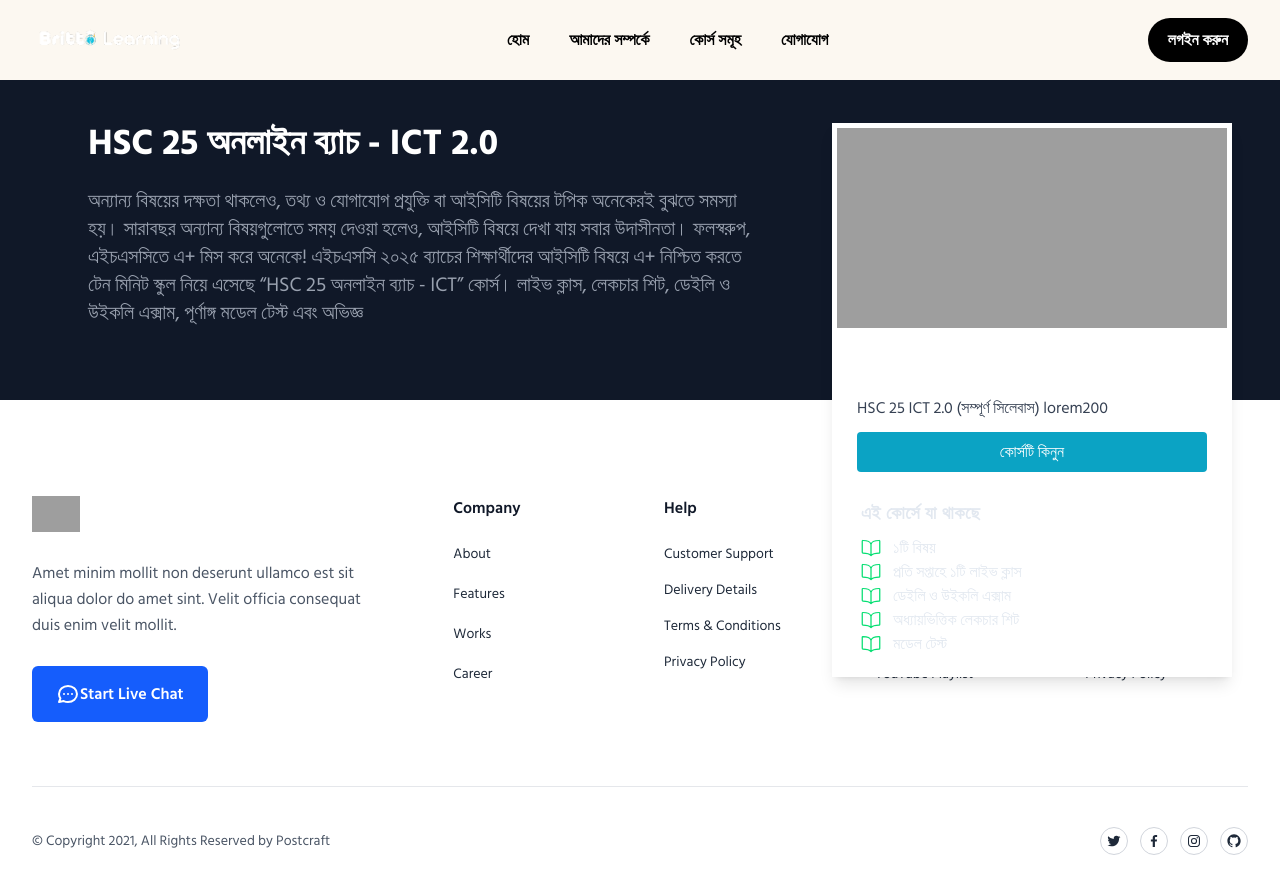
Repository: Ruddro420/course-selling
Page: /single-course
These files come from the project's save history. The page is drawn as it stood at one moment and after the next save; the edit follows.
The browser window is 1280 px wide. The pictures show the whole page.
Pictures or frames that could not be fetched are drawn as grey boxes. The project was rebuilt for these pictures with package versions that can differ from the ones it lists, and the page was loaded fresh each time. Also part of the build but not shown: vite.config.js, src/components/AboutSection.jsx, src/components/ContactSection.jsx, src/components/CourseSection.jsx, src/components/Hero.jsx, src/components/TeamSection.jsx, src/components/WhyUsSection.jsx, src/pages/Home.jsx and 2 more.

Above is the page before, as saved 2025-02-06 03:47:37.

### index.html
<!doctype html>
<html lang="en">

<head>
  <meta charset="UTF-8" />
  <link rel="icon" type="image/svg+xml" href="/img/fav-icon.jpg" />
  <meta name="viewport" content="width=device-width, initial-scale=1.0" />
  <link rel="preconnect" href="https://fonts.googleapis.com">
  <link rel="preconnect" href="https://fonts.gstatic.com" crossorigin>
  <link href="https://fonts.googleapis.com/css2?family=Hind+Siliguri:wght@300;400;500;600;700&display=swap"
    rel="stylesheet">
  <title>Britto Learning</title>
</head>

<body>
  <div id="root"></div>
  <script type="module" src="/src/main.jsx"></script>
</body>

</html>

### src/main.jsx
import { StrictMode } from 'react'
import { createRoot } from 'react-dom/client'
import './index.css'
import {
  createBrowserRouter,
  RouterProvider,
} from "react-router-dom";
import Home from './pages/Home.jsx';
import MainLayout from './MainLayout/MainLayout.jsx';
import LoginPage from './pages/LoginPage.jsx';
import AuthPage from './pages/AuthPage.jsx';
import CoursePage from './pages/CoursePage.jsx';

const router = createBrowserRouter([
  {
    path: "/",
    element: <MainLayout />,
    children: [
      {
        path: '/',
        element: <Home />
      },
      {
        path: '/single-course',
        element: <CoursePage />
      }
    ]
  },
  {
    path: '/login',
    element: <LoginPage />
  },
  {
    path: '/register',
    element: <AuthPage />
  }
]);

createRoot(document.getElementById('root')).render(
  <StrictMode>
    <RouterProvider router={router} />
  </StrictMode>,
)

### src/index.css
@import "tailwindcss";
/* Hind Siliguri Font */
@import url('https://fonts.googleapis.com/css2?family=Hind+Siliguri:wght@300;400;500;600;700&display=swap');

/* Basic Setup */
body {
  font-family: "Hind Siliguri", serif!important;
}
.course{
  padding-top: 4rem;
}

.main-card{
  border: 5px solid white;
  width: 400px;
}
.hero-cards{
  margin-top: 200px;
}
.card-vedio{
  height: 200px;
}


.sylebus{
  width: 616px;
}

@media(max-width:768px){

  .course-hero-section {

      height: 550px;
      margin-bottom: 400px;
  }
  .course{
      /* height: 550px; */

  }
  .course-hero{
      margin-top: 330px;
  }
  .hero-cards{
      margin-top: 0px;
      padding-top: 10px;
  }
  .hero-cards2{
      margin-top: 0px;
      padding-top: 0px;
  }
  .main-card{
      border: 5px solid white;
      width: 350px;
      margin: auto;
  }
  .sylebus{
      width: 360px;
  }

}

### src/MainLayout/MainLayout.jsx
import { Outlet } from "react-router-dom";
import Header from "../components/Header";
import MainFooter from "../components/MainFooter";

const MainLayout = () => {
    return (
        <div>
            <Header />
            <Outlet />
            <MainFooter />
        </div>
    );
};

export default MainLayout;

### src/pages/CoursePage.jsx

import CourseHero from '../components/courseComponent/CourseHero';

const CoursePage = () => {
  return (
    <>
      <CourseHero />
    </>
  );
};

export default CoursePage;

### src/components/Header.jsx
import { Link } from "react-router-dom";

const Header = () => {
    return (
        <div>
            <header className="bg-[#FCF8F1] bg-opacity-30">
                <div className="px-4 mx-auto sm:px-6 lg:px-8">
                    <div className="flex items-center justify-between h-16 lg:h-20">
                        <div className="flex-shrink-0">
                            <a href="#" title="" className="flex">
                                <img className="w-auto h-8" src="../../img/logo.png" alt="" />
                            </a>
                        </div>

                        <button type="button" className="inline-flex p-2 text-black transition-all duration-200 rounded-md lg:hidden focus:bg-gray-100 hover:bg-gray-100">
                            {/*    <!-- Menu open: "hidden", Menu closed: "block" --> */}
                            <svg className="block w-6 h-6" xmlns="http://www.w3.org/2000/svg" fill="none" viewBox="0 0 24 24" stroke="currentColor">
                                <path strokeLinecap="round" strokeLinejoin="round" strokeWidth="2" d="M4 8h16M4 16h16"></path>
                            </svg>

                            {/*  <!-- Menu open: "block", Menu closed: "hidden" --> */}
                            <svg className="hidden w-6 h-6" xmlns="http://www.w3.org/2000/svg" fill="none" viewBox="0 0 24 24" stroke="currentColor">
                                <path strokeLinecap="round" strokeLinejoin="round" strokeWidth="2" d="M6 18L18 6M6 6l12 12"></path>
                            </svg>
                        </button>

                        <div className="hidden lg:flex lg:items-center lg:justify-center lg:space-x-10">
                            <a href="#" title="" className="text-base text-black transition-all duration-200 hover:text-opacity-80 font-bold"> হোম </a>

                            <a href="#" title="" className="text-base text-black transition-all duration-200 hover:text-opacity-80 font-bold"> আমাদের সম্পর্কে </a>

                            <a href="#" title="" className="text-base text-black transition-all duration-200 hover:text-opacity-80 font-bold"> কোর্স সমূহ </a>

                            <a href="#" title="" className="text-base text-black transition-all duration-200 hover:text-opacity-80 font-bold"> যোগাযোগ </a>
                        </div>

                        <Link to='/login' href="#" title="" className="hidden lg:inline-flex items-center justify-center px-5 py-2.5 text-base transition-all duration-200 hover:bg-yellow-300 hover:text-black focus:text-black focus:bg-yellow-300 font-semibold text-white bg-black rounded-full" role="button"> লগইন করুন </Link>
                    </div>
                </div>
            </header>
        </div>
    );
};

export default Header;

### src/components/courseComponent/CourseHero.jsx
import { IoBookOutline } from "react-icons/io5";

const CourseHero = () => {
  return (
    <div>
    <div className="bg-gray-900 py-20 course-hero-section  h-80 flex items-center justify-between mx-auto p-4">
      <div className="container mx-auto mt-10 max-w-screen-xl md:px-12">
        <div className="flex flex-col course-hero md:flex-row md:gap-12">

          <div className="md:w-1/2 lg:w-2/3 pt-20 px-6 flex-grow hero-cards">
            <h1 className=" md:text-4xl text-xl text-white font-bold mb-6">
              HSC 25 অনলাইন ব্যাচ - ICT 2.0
            </h1>
            <p className="text-md md:text-xl lg:text-xl text-gray-400 mb-8">
              অন্যান্য বিষয়ের দক্ষতা থাকলেও, তথ্য ও যোগাযোগ প্রযুক্তি বা
              আইসিটি বিষয়ের টপিক অনেকেরই বুঝতে সমস্যা হয়। সারাবছর অন্যান্য
              বিষয়গুলোতে সময় দেওয়া হলেও, আইসিটি বিষয়ে দেখা যায় সবার উদাসীনতা।
              ফলস্বরুপ, এইচএসসিতে এ+ মিস করে অনেকে! এইচএসসি ২০২৫ ব্যাচের
              শিক্ষার্থীদের আইসিটি বিষয়ে এ+ নিশ্চিত করতে টেন মিনিট স্কুল নিয়ে
              এসেছে “HSC 25 অনলাইন ব্যাচ - ICT” কোর্স। লাইভ ক্লাস, লেকচার শিট,
              ডেইলি ও উইকলি এক্সাম, পূর্ণাঙ্গ মডেল টেস্ট এবং অভিজ্ঞ
            </p>
          </div>

          <div className="md:w-1/2 lg:w-1/3 z-40  pt-20  md:mt-12  flex-shrink-0 hero-cards hero-cards2">
            <div className="max-w-md pb-4  bg-white  border-gray-200 dark:bg-gray-800 dark:border-gray-700  shadow-lg main-card">
              <a href="#">
                <iframe
                  className="w-full card-vedio"
                  src="https://www.youtube.com/embed/IjlYXtI2-GU?si=gBJ8wmkM5Jta3u4m"
                  title="YouTube video player"
                  frameBorder="0"
                  allow="accelerometer; autoplay; clipboard-write; encrypted-media; gyroscope; picture-in-picture; web-share"
                  referrerPolicy="strict-origin-when-cross-origin"
                  allowFullScreen
                ></iframe>
              </a>
              {/* Fee-container */}
              <div className="suggestion-pricing dark:text-white">
                <div className="p-5">
                  <a href="#">
                    <h5 className="mb-2 text-2xl font-bold tracking-tight text-gray-900 dark:text-white">
                      <span className="text-4xl font-semibold text-white tracking-tighter">
                        ৳1500
                      </span>
                    </h5>
                  </a>
                  <p className="mb-3 font-normal dark:text-white text-gray-700">
                    HSC 25 ICT 2.0 (সম্পূর্ণ সিলেবাস) lorem200
                  </p>
                  <button className="bg-[#0BA3C4] whitespace-nowrap text-center md:w-full w-full rounded py-2 lg:py-2 text-white ">
                    কোর্সটি কিনুন
                  </button>
                </div>

                <div className="">
                  <h3 className="text-lg  font-bold text-slate-200 tracking-wide uppercase px-6 py-2">
                    এই কোর্সে যা থাকছে
                  </h3>
                  <li className="flex space-x-3 items-center px-6">
                    <IoBookOutline className="flex-shrink-0  h-5 w-5 text-green-400" />
                    <span className="text-base text-slate-200">১টি বিষয়</span>
                  </li>
                  <li className="flex space-x-3 items-center px-6">
                    <IoBookOutline className="flex-shrink-0  h-5 w-5 text-green-400" />
                    <span className="text-base text-slate-200">
                      প্রতি সপ্তাহে ১টি লাইভ ক্লাস
                    </span>
                  </li>
                  <li className="flex space-x-3 items-center px-6">
                    <IoBookOutline className="flex-shrink-0  h-5 w-5 text-green-400" />
                    <span className="text-base text-slate-200">
                      ডেইলি ও উইকলি এক্সাম
                    </span>
                  </li>
                  <li className="flex space-x-3 items-center px-6">
                    <IoBookOutline className="flex-shrink-0  h-5 w-5 text-green-400" />
                    <span className="text-base text-slate-200">
                      অধ্যায়ভিত্তিক লেকচার শিট
                    </span>
                  </li>
                  <li className="flex space-x-3 items-center px-6">
                    <IoBookOutline className="flex-shrink-0  h-5 w-5 text-green-400" />
                    <span className="text-base text-slate-200">
                      মডেল টেস্ট
                    </span>
                  </li>
                </div>
              </div>
            </div>
          </div>


        </div>
      </div>
    </div>
  </div>
  );
};

export default CourseHero;

Loaded but not shown: src/components/MainFooter.jsx (182 lines, source omitted)

After the next save:
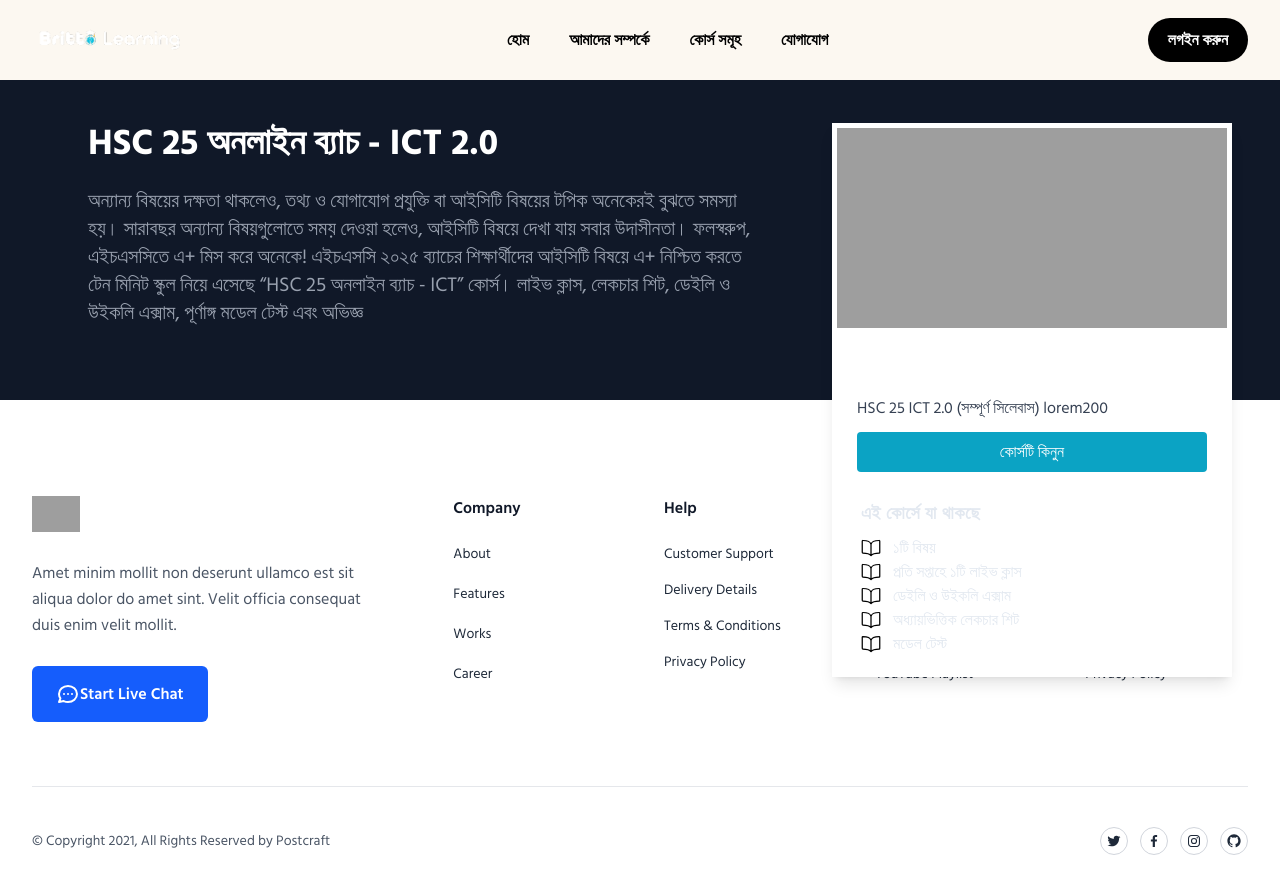
Saved 19 s later.
--- a/src/components/courseComponent/CourseHero.jsx
+++ b/src/components/courseComponent/CourseHero.jsx
@@ -58,29 +58,29 @@ const CourseHero = () => {
                     এই কোর্সে যা থাকছে
                   </h3>
                   <li className="flex space-x-3 items-center px-6">
-                    <IoBookOutline className="flex-shrink-0  h-5 w-5 text-green-400" />
+                    <IoBookOutline className="flex-shrink-0  h-5 w-5 text-{#0BA3C4}" />
                     <span className="text-base text-slate-200">১টি বিষয়</span>
                   </li>
                   <li className="flex space-x-3 items-center px-6">
-                    <IoBookOutline className="flex-shrink-0  h-5 w-5 text-green-400" />
+                    <IoBookOutline className="flex-shrink-0  h-5 w-5 text-{#0BA3C4}" />
                     <span className="text-base text-slate-200">
                       প্রতি সপ্তাহে ১টি লাইভ ক্লাস
                     </span>
                   </li>
                   <li className="flex space-x-3 items-center px-6">
-                    <IoBookOutline className="flex-shrink-0  h-5 w-5 text-green-400" />
+                    <IoBookOutline className="flex-shrink-0  h-5 w-5 text-{#0BA3C4}" />
                     <span className="text-base text-slate-200">
                       ডেইলি ও উইকলি এক্সাম
                     </span>
                   </li>
                   <li className="flex space-x-3 items-center px-6">
-                    <IoBookOutline className="flex-shrink-0  h-5 w-5 text-green-400" />
+                    <IoBookOutline className="flex-shrink-0  h-5 w-5 text-{#0BA3C4}" />
                     <span className="text-base text-slate-200">
                       অধ্যায়ভিত্তিক লেকচার শিট
                     </span>
                   </li>
                   <li className="flex space-x-3 items-center px-6">
-                    <IoBookOutline className="flex-shrink-0  h-5 w-5 text-green-400" />
+                    <IoBookOutline className="flex-shrink-0  h-5 w-5 text-{#0BA3C4}" />
                     <span className="text-base text-slate-200">
                       মডেল টেস্ট
                     </span>
